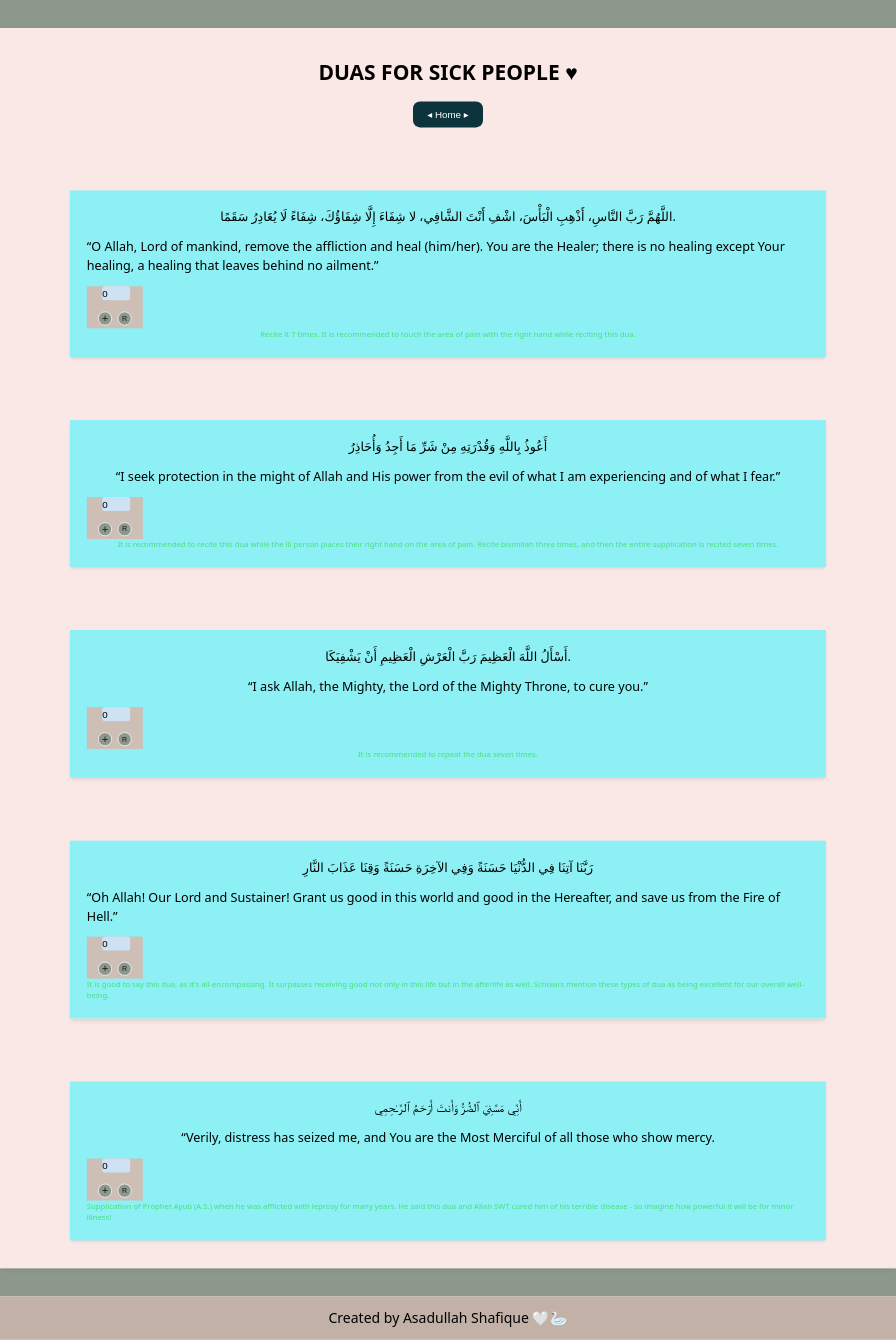
Repository: asadullah48/Duas_Diary
Page: /sick
These files come from the project's save history. The page is drawn as it stood at one moment and after a run of saves; the edit follows.
The browser window is 1280 px wide. The pictures show the whole page, at 70% of full size.
The project was rebuilt for these pictures with package versions that can differ from the ones it lists, and the page was loaded fresh each time. The framework's server and built-in components were replaced by stand-ins that run in the browser. Also part of the build but not shown: next.config.ts.

Above is the page before, as saved 2024-11-30 10:09:22.

### src/app/layout.tsx
import type { Metadata } from "next";
import localFont from "next/font/local";
import "./globals.css";
import Footer from "../components/footer";

const geistSans = localFont({
  src: "./fonts/GeistVF.woff",
  variable: "--font-geist-sans",
  weight: "100 900",
});
const geistMono = localFont({
  src: "./fonts/GeistMonoVF.woff",
  variable: "--font-geist-mono",
  weight: "100 900",
});

export const metadata: Metadata = {
  title: "Create Next App",
  description: "Generated by create next app",
};

export default function RootLayout({
  children,
}: Readonly<{
  children: React.ReactNode;
}>) {
  return (
    <html lang="en">
      <body
        className={`${geistSans.variable} ${geistMono.variable} antialiased`}
      >
        {children}
        <Footer/>
      </body>
    </html>
  );
}

### src/app/sick/page.tsx
import Link from "next/link";
import LightPinkSection from "@/components/props";
import Button from "@/components/button";

export default function Sick() {
  return (
    <div className="w-full h-auto bg-[#8D988D] flex justify-center items-center py-10">
      <div className="w-[95%] lg:w-[1300px] h-auto bg-[#F9E8E5] p-5 lg:p-10 rounded-md shadow-md">
        <div className="font-sans font-bold text-[24px] lg:text-[30px] text-black text-center mb-5">
          DUAS FOR SICK PEOPLE ♥
        </div>
        <Link href="/">
          <button className="bg-[#0c343d] text-white text-[12px] lg:text-[14px] mt-3 mb-5 mx-auto block rounded-[10px] px-5 py-2">
            ◂ Home ▸
          </button>
        </Link>

        {/* Dua Sections */}
        <LightPinkSection
          paragraph="اللَّهُمَّ رَبَّ النَّاسِ، أَذْهِبِ الْبَأْسَ، اشْفِ أَنْتَ الشَّافِي، لا شِفَاءَ إِلَّا شِفَاؤُكَ، شِفَاءً لَا يُغَادِرُ سَقَمًا."
          paragraph2="“O Allah, Lord of mankind, remove the affliction and heal (him/her). You are the Healer; there is no healing except Your healing, a healing that leaves behind no ailment.”"
          buttonText={<Button />}
          note="Recite it 7 times. It is recommended to touch the area of pain with the right hand while reciting this dua."
        />
        <LightPinkSection
          paragraph="أَعُوذُ بِاللَّهِ وَقُدْرَتِهِ مِنْ شَرِّ مَا أَجِدُ وَأُحَاذِرُ"
          paragraph2="“I seek protection in the might of Allah and His power from the evil of what I am experiencing and of what I fear.”"
          buttonText={<Button />}
          note="It is recommended to recite this dua while the ill person places their right hand on the area of pain. Recite bismillah three times, and then the entire supplication is recited seven times."
        />
        <LightPinkSection
          paragraph="أَسْأَلُ اللَّهَ الْعَظِيمَ رَبَّ الْعَرْشِ الْعَظِيمِ أَنْ يَشْفِيَكَا."
          paragraph2="“I ask Allah, the Mighty, the Lord of the Mighty Throne, to cure you.”"
          buttonText={<Button />}
          note="It is recommended to repeat the dua seven times."
        />
        <LightPinkSection
          paragraph="رَبَّنَا آتِنَا فِي الدُّنْيَا حَسَنَةً وَفِي الآخِرَةِ حَسَنَةً وَقِنَا عَذَابَ النَّارِ"
          paragraph2="“Oh Allah! Our Lord and Sustainer! Grant us good in this world and good in the Hereafter, and save us from the Fire of Hell.”"
          buttonText={<Button />}
          note="It is good to say this dua, as it's all-encompassing. It surpasses receiving good not only in this life but in the afterlife as well. Scholars mention these types of dua as being excellent for our overall well-being."
        />
        <LightPinkSection
          paragraph="أَنِّي مَسَّنِيَ ٱلضُّرُّ وَأَنتَ أَرۡحَمُ ٱلرَّـٰحِمِي"
          paragraph2="“Verily, distress has seized me, and You are the Most Merciful of all those who show mercy."
          buttonText={<Button />}
          note="Supplication of Prophet Ayub (A.S.) when he was afflicted with leprosy for many years. He said this dua and Allah SWT cured him of his terrible disease - so imagine how powerful it will be for minor illness!"
        />
      </div>
    </div>
  );
}

### src/components/footer.tsx
// components/Footer.tsx
export default function Footer() {
    return (
      <footer className="w-full bg-[#C1B1A6] py-4">
        <div className="text-center text-black font-sans text-[16px] sm:text-[18px] lg:text-[20px]">
          Created by Asadullah Shafique 🤍🦢
        </div>
      </footer>
    );
  }

### src/components/props.tsx
import { ReactNode } from "react";

type SectionProps = {
  paragraph: string;
  buttonText: ReactNode;
  paragraph2: string;
  note: string; // Allows JSX elements, strings, or components
};

export default function LightPinkSection({
  paragraph,
  buttonText,
  paragraph2,
  note,
}: SectionProps) {
  return (
    <div className="w-[90%] bg-[#88f1f5f5] p-6 rounded-lg mx-auto shadow-md mt-[90px]">
      <p className="text-black text-[18px] font-sans mb-4 flex justify-center">
        {paragraph}
      </p>
      <p className="text-black text-[18px] font-sans mb-4 flex justify-center">
        {paragraph2}
      </p>
      <div>{buttonText}</div>
      <p className="text-green-400 text-[11px] font-sans flex justify-center">
        {note}
      </p>
    </div>
  );
}

### src/components/button.tsx
"use client";

import { useState } from "react";

export default function Button() {
  // hook, event ke against ui ko update krna
  let [count, setcount] = useState(0); //returns array ik element hota hai jese yaha pr 0 hai  ik function aur jo function hota hai woh humari value hoti h
  console.log(count);

  const handleClick = () => {
    setcount(count + 1); //re-renders new value
  };

  const handleReset = () => {
    setcount(0); // reset back to 0
  };

  return (
    <div className="bg-[#CEBFB6] w-[80px] h-[60px] flex flex-col items-center justify-between">
      <p className="text-black w-[40px] flex text-sm bg-[#cfe2f3] rounded ml-1">
        {count}
      </p>

      <div className="flex space-x-2 mt-2">
        <button
          onClick={handleClick}
          className="bg-[#8D988D] w-[20px] h-[20px] px-1 py-1 rounded-full border mt-1 mb-1 border-white flex items-center justify-center text-center"
        >
          +
        </button>

        {/* Reset Button */}
        <button
          onClick={handleReset}
          className="bg-[#8D988D] w-[20px] h-[20px] px-1 py-1 rounded-full border mt-1 mb-1 border-white flex items-center justify-center text-[10px] text-center"
        >
          R
        </button>
      </div>
    </div>
  );
}

Loaded but not shown: src/app/globals.css (common file); tailwind.config.ts (common file)

After the next 3 saves:
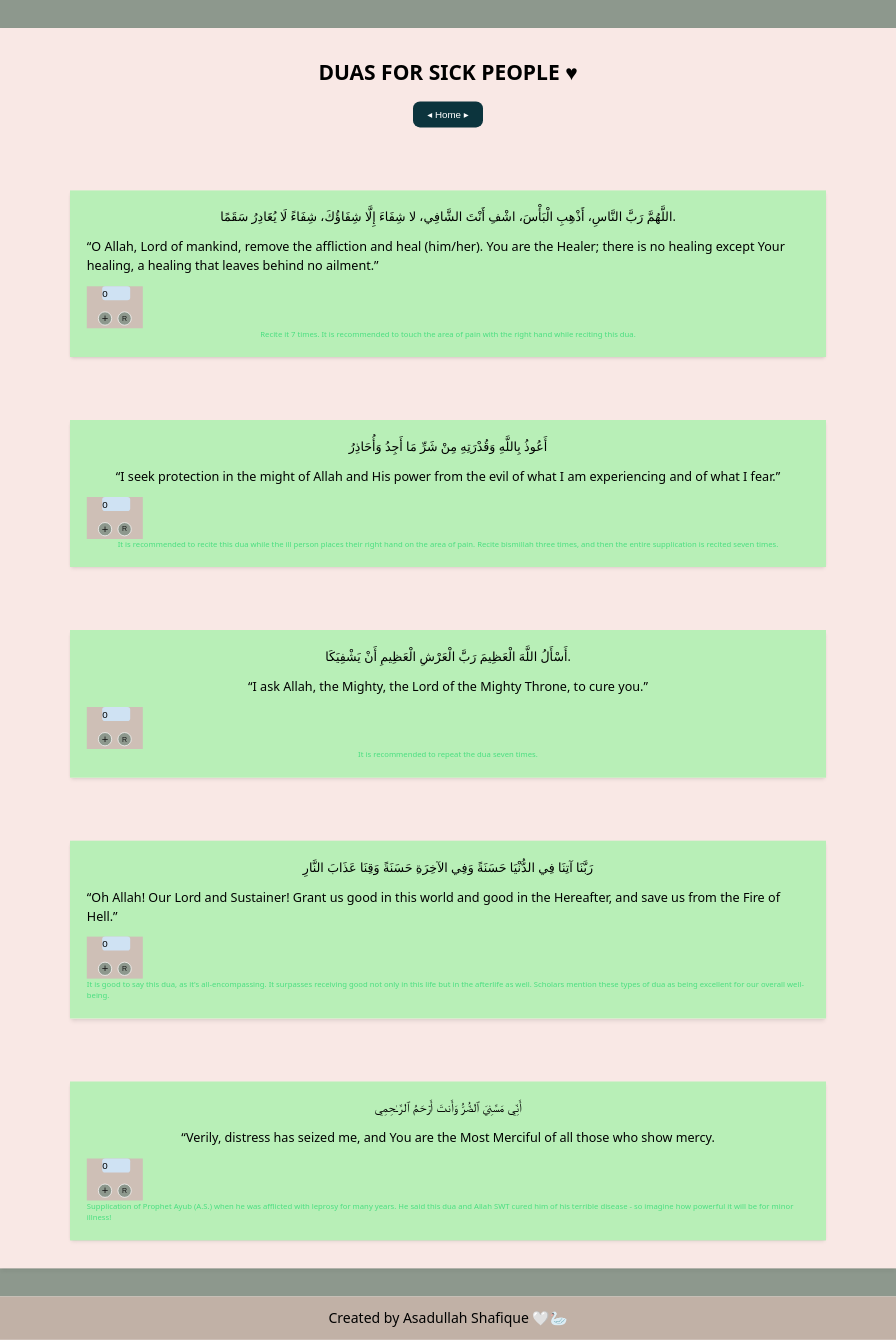
The 3 saves are shown as one change because they came seconds apart.
The last was saved 10 s later.
--- a/src/components/props.tsx
+++ b/src/components/props.tsx
@@ -14,7 +14,7 @@ export default function LightPinkSection({
   note,
 }: SectionProps) {
   return (
-    <div className="w-[90%] bg-[#88f1f5f5] p-6 rounded-lg mx-auto shadow-md mt-[90px]">
+    <div className="w-[90%] bg-[#88f59691] p-6 rounded-lg mx-auto shadow-md mt-[90px]">
       <p className="text-black text-[18px] font-sans mb-4 flex justify-center">
         {paragraph}
       </p>
